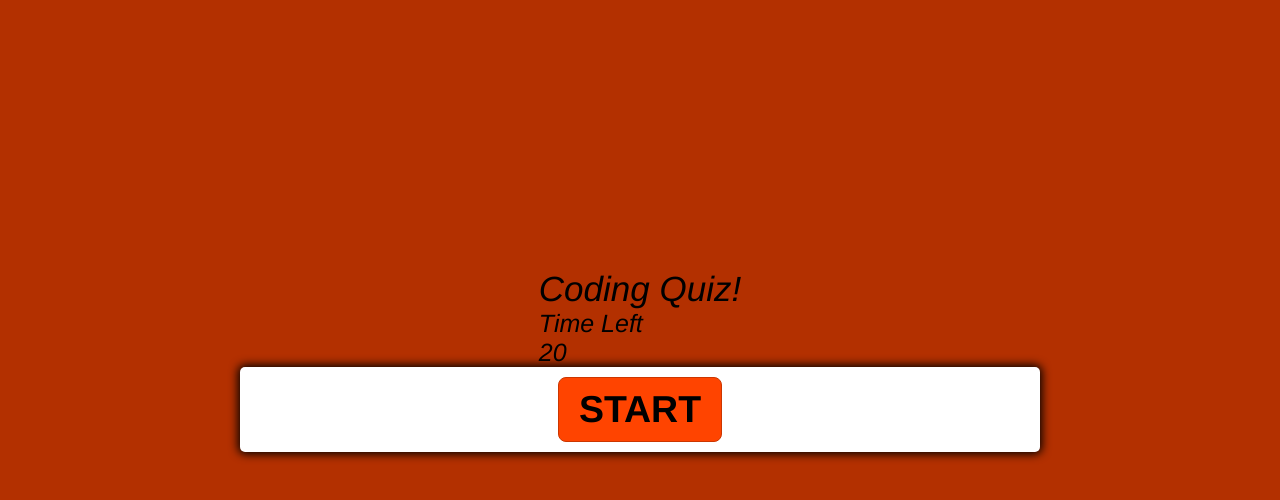
Repository: Vshepard879/Code-Quiz
Page: index.html
The author's editor kept a copy of each file at every save. The page is drawn from the files as they stood at one save, then again after the next save.
The browser window is 1280 px wide. The pictures show the whole page.

Above is the page before, as saved 2022-03-18 20:06:31.

### index.html
<!DOCTYPE html>
<html lang="en">
<head>
    <meta charset="UTF-8">
    <meta http-equiv="X-UA-Compatible" content="IE=edge">
    <meta name="viewport" content="width=device-width, initial-scale=1.0">
    <link href="./assets/css/style.css" link rel="stylesheet">
    <script defer src="./assets/js/script.js"></script>
    <title>Quiz App</title>
</head>

<body>
    <header>Coding Quiz!
        <div class="timer">
            <div class="time_text">Time Left</div>
            <div class="timer_sec">20</div>
    </header>

    <!--Start Quiz Container-->
    <div class="container">
        <div id="question-container" class="hide">
                <div id="question">Question</div>
                <div id="answer-buttons" class="btn-grid">
                <button class="btn">Answer 1</button>
                <button class="btn">Answer 2</button>
                <button class="btn">Answer 3</button>
                <button class="btn">Answer 4</button>
            </div>
        </div>
        <div class="controls counts">
            <button id="start-btn" class="start-btn btn">START</button>
            <button id="next-btn" class="next-btn btn hide">Next</button>
        </div>

    </div>
</body>
</html>

### assets/css/style.css
*, *::before, *::after {
    box-sizing: border-box;
    font-family: 'Franklin Gothic Medium', 'Arial Narrow', Arial, sans-serif;
    font-size: 25px;
}

:root {
    --hue-neutral: 16;
    --hue-wrong: 0;
    --hue-correct: 145;
}

header {
    font-style: italic;
    font-size: 35px;
}
body{
    --hue: var(--hue-neutral);
    padding: 0;
    margin: 0;
    display: flex;
    flex-direction: column;
    width: 100vw;
    height: 100vh;
    justify-content:center;
    align-items:center;
    background-color:hsl(var(--hue), 100%, 35%);
}

.quiz-time-left {
    color: black;
    display: flexbox;
    flex-direction: row;
}

.scores {
    position: absolute;
    top: 10px;
    left: 10px;
  }


div.container {
    width: 800px;
    max-width: 70%;
    background-color: white;
    border-radius: 5px;
    padding: 10px;
    box-shadow: 0 0 10px 2px;
    display: flexbox;


}

.btn-grid {
    display: grid;
    grid-template-columns: repeat(2, auto);
    gap: 15px;
    margin: 20px 0;
}


.btn {
    --hue: var(--hue-neutral);
    border: 1px solid hsl(var(--hue),100%, 40%);
    background-color: hsl(var(--hue), 100%, 50%);
    border-radius: 8px;
    padding: 5px 10px;
    color: black;
    outline: none;
}

.btn:hover {
    border-color: black;
}

.btn.correct {
    --hue: var(--hue-correct)
}

.btn.wrong {
    --hue: var(--hue-wrong)
}

.start-btn, .next-btn {
    font-size: 1.5rem;
    font-weight: bold;
    padding: 10px 20px;
}

.controls {
    display: flex;
    justify-content: center;
    align-items: center;
    gap: 5px;
}

.hide {
    display: none;
}

### assets/js/script.js
const startButton = document.getElementById('start-btn')
const nextButton = document.getElementById('next-btn')
const questionContainerElement = document.getElementById('question-container')
const questionElement = document.getElementById( 'question')
const answerButtonsElement = document.getElementById('answer-buttons')
let shuffledQuestions, currentQuestionIndex

startButton.addEventListener('click', startQuiz)
nextButton.addEventListener('click', () => {
    currentQuestionIndex++
    setNextQuestion()
})
// function that starts the Quiz

function startQuiz() {
startButton.classList.add('hide')
 shuffledQuestions = questions.sort(() => Math.random() - .5)
currentQuestionIndex = 0
questionContainerElement.classList.remove('hide')
setNextQuestion()
}
// Timer Function


function setNextQuestion() {
    resetState()
    showQuestion(shuffledQuestions[currentQuestionIndex])
    }
function showQuestion(question) {
    questionElement.innerText =question.question
    question.answers.forEach(answer => {
        const button = document.createElement('button')
        button.innerText = answer.text
        button.classList.add('btn')
      if   (answer.correct) {
          button.dataset.correct = answer.correct
      }
      button.addEventListener('click', selectAnswer)
      answerButtonsElement.appendChild(button)
    })
}
// this function is used to reset each question
function resetState() {
    nextButton.classList.add('hide')
    while (answerButtonsElement.firstChild) {
        answerButtonsElement.removeChild
        (answerButtonsElement.firstChild)
    }
}
function selectAnswer(v) {
const selectedButton = v.target
const correct =selectedButton.dataset.correct
setStatusClass(document.body, correct)
Array.from(answerButtonsElement.children).forEach(button => {
    setStatusClass(button, button.dataset.correct)
})
if (shuffledQuestions.length > currentQuestionIndex +1) {
    nextButton.classList.remove('hide')
} else {
    startButton.innerText = 'Restart'
    startButton.classList.remove('hide')
}
nextButton.classList.remove('hide')
}

function setStatusClass(element, correct) {
    clearStatusClass(element)
    if (correct) {
        element.classList.add('correct')
    } else {
        element.classList.add('wrong')
    }

    function clearStatusClass(element) {
        element.classList.remove('correct')
        element.classList.remove('wrong')
    }

}
// the arrays of questions and answers
const questions = [
    {
        question: 'Which of these is not one of the 3 Initial coding languages?',
        answers: [
            { text:'Python', correct: true},
            { text:'HTML', correct: false},
            { text:'CSS', correct: false},
            { text:'JavaScript', correct: false},
        ]
    },
    {
        question: 'What does the C in CSS stand for?',
        answers: [
            { text:'Chocolate', correct: false},
            { text:'Corporate', correct: false},
            { text:'Cascading', correct: true},
            { text:'Computer', correct: false},
        ]
    },
    {
        question: 'Arrays in Javascript can be used to store?',
        answers: [
            { text:'Numbers and Strings', correct: false},
            { text:'Booleans', correct: false},
            { text:'Other Arrays', correct: false},
            { text:'All of the above', correct: true},
        ]
    },
    {
        question: 'The condition in an if/else statement are store in?',
        answers: [
            { text:'Parenthesis', correct: true},
            { text:'curly brackets', correct: false},
            { text:'brackets', correct: false},
            { text:'commas', correct: false},
        ]},
        {
            question: 'A very useful tool during the development and debugging stage used to print to the debugger is?',
            answers: [
                { text:'Array', correct: false},
                { text:'.dataset', correct: false},
                { text:'console.log', correct: true},
                { text:'=>', correct: false},
            ]},
            {
                question: 'Commonly used data types do not include?',
                answers: [
                    { text:'Booleans', correct: false},
                    { text:'Strings', correct: false},
                    { text:'Numbers', correct: false},
                    { text:'Alerts', correct: true},
                ]},
            ]

After the next save:
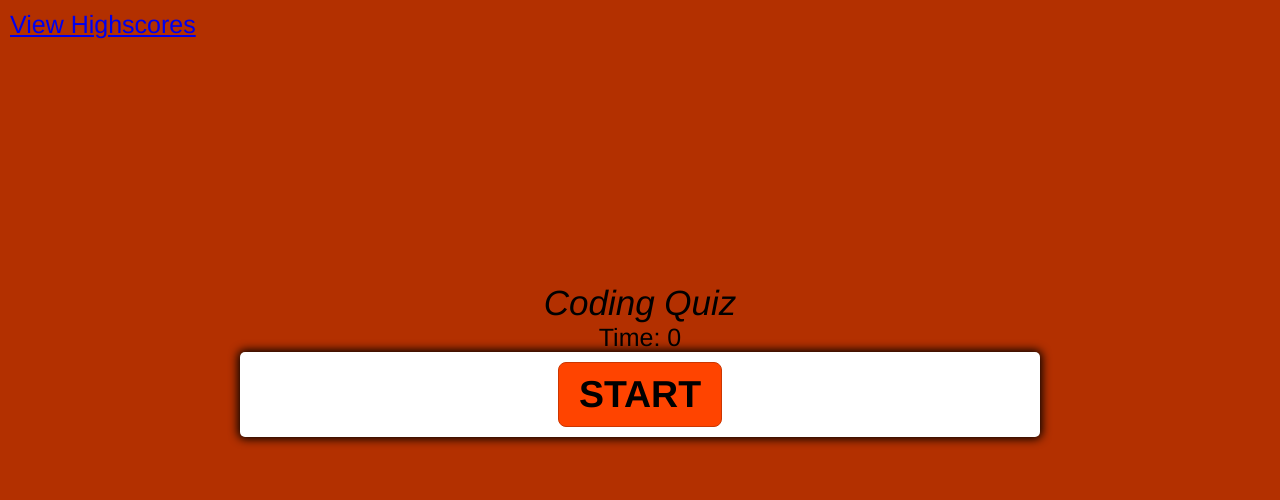
Saved 4 min 35 s later.
--- a/index.html
+++ b/index.html
@@ -10,11 +10,10 @@
 </head>
 
 <body>
-    <header>Coding Quiz!
-        <div class="timer">
-            <div class="time_text">Time Left</div>
-            <div class="timer_sec">20</div>
-    </header>
+    <header>Coding Quiz</header>
+    <div class ="scores"><a href="score.html">View Highscores</a></div>
+
+    <div class="timer">Time: <span id="time">0</span></div>
 
     <!--Start Quiz Container-->
     <div class="container">
